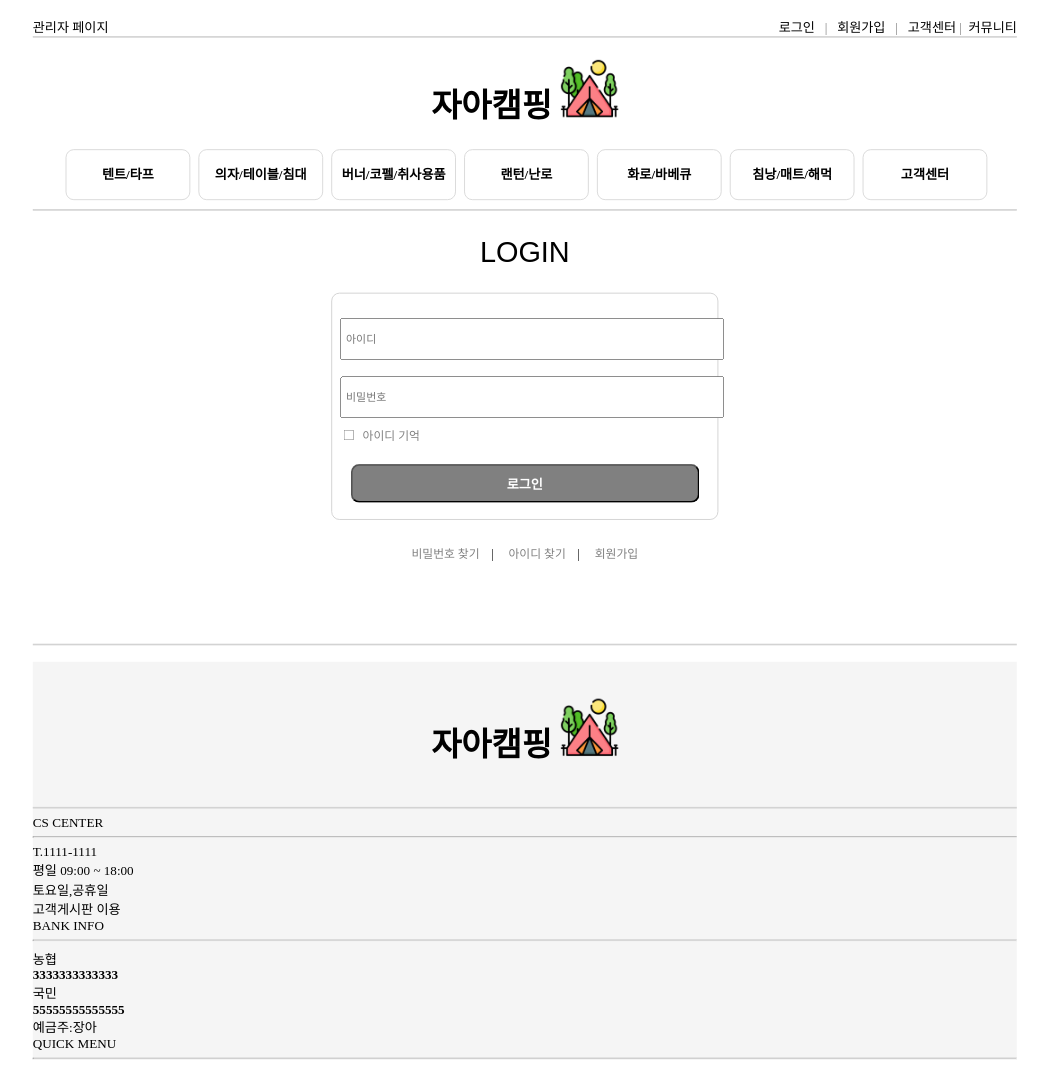
Repository: JJang-Ah/JSP-shoping-mall-project
Page: http://localhost/JaAhCamping/logon/memberLoginForm.jsp
An editor plug-in stored every save of this project. The page is shown before and after the next save, followed by the edit.
The browser window is 1280 px wide. The pictures show the whole page, at 82% of full size.
Some web fonts or font styles are not loaded; a fallback is used. The page is served by Tomcat 9. Other server files are loaded and not shown.

Above is the page before, as saved 2022-06-12 13:56:04.

### JaAhCamping/WebContent/logon/memberLoginForm.jsp
<%@ page language="java" contentType="text/html; charset=UTF-8"
    pageEncoding="UTF-8"%>
<!DOCTYPE html>
<html>
<head>
<meta charset="UTF-8">
<title>로그인 폼</title>
<style>
@import url('https://fonts.googleapis.com/css2?family=Hammersmith+One&family=Paytone+One&display=swap');
#container { width: 1200px; margin: 0 auto;}
/* 상단 - 메인, 서브 타이틀 */
.t_title { font-family: 'Hammersmith One', sans-serif; font-size: 2.2em; text-align: center; margin: 30px 0;}

/* 중단 - 입력창 */
.f_input { width: 450px; text-align: center; border: 1px solid #ccc; padding: 10px; margin: 30px auto; border-radius: 10px;}
.f_input .c_id, .f_input .c_pwd { height: 45px; margin-top: 20px; padding-left: 5px;}
.f_input .f_chk { text-align: left; margin-top: 10px; font-size: 0.9em; color: gray;}
.f_input #btn_Login { width: 425px; height: 47px; margin-top: 25px; background: gray; color: white;
 font-size: 16px; font-weight: bold; cursor: pointer; margin-top: 25px; margin-bottom: 10px; border-radius: 10px;}

 /* 하단 - 비밀번호 찾기, 아이디 찾기, 회원가입 */
 .f_a { text-align: center; margin-top: 30px; font-size: 0.9em;}
 .f_a a {color: gray;}
 .t_line { border: 1px solid #e9ecef; margin: 20px 0;}


</style>

<script>
	document.addEventListener("DOMContentLoaded", function() {
		let form = document.loginForm;
		// 로그인 버튼을 클릭했을 때 유효성 검사 (공백 유무)
		let btn_Login = document.getElementById("btn_Login");
		btn_Login.addEventListener("click", function() {
			if(!form.id.value) {
				alert('아이디를 입력하시오.!');
				form.id.focus();
				return;
			}

			if(!form.pwd.value) {
				alert('비밀번호를 입력하시오.!');
				form.pwd.focus();
				return;
			}

			// 아이디 기억하기
			let now = new Date(); // 오늘 날짜
			let name = "cookieId"; // 쿠키 이름
			let value = form.id.value; // 쿠키 값

			if(form.chk.checked == true) { // 체크박스를 체크했을 때 -> 쿠키 생성
				// 만료시간: 지금으로부터 7일 후로 설정, 만료시간으로 사용
				now.setDate(now.getDate() + 7);
			} else { // 체크박스를 해제했을 때 -> 쿠키 삭제
				// 만료시간: 지금 시간으로 설정
				now.setDate(now.getDate() + 0);
			}

			// 쿠키 생성시에 필요한 정보 - 쿠키의 이름과 값, 위치, 만료시간
			// ;path=/;expires= : 현재 페이지의 위치
			document.cookie = name + "=" + escape(value) + ";path=/;expires=" +now.toGMTString() + ";";

			form.submit();
		})


		// 쿠키가 생성되어 있을 때 쿠키에 저장된 값인 아이디를 아이디 입력상자에 놓도록 하는 작업
		// 쿠키 확인 - 쿠키가 존재한다면
		if(document.cookie.length > 0) {
			var search = "cookieId=";
			var idx = document.cookie.indexOf(search); // 쿠키 중에서 cookieId=이 나오는 위치
			if(idx != -1) { // cookieId값이 존재한다면
				idx += search.length;
				var end = document.cookie.indexOf(';', idx);

				if(end == -1) {
					end = document.cookie.length;
				}

				form.id.value = document.cookie.substring(idx, end);
				form.chk.checked = true;
			}
		}
	})
</script>
</head>
<body>

<div id="container">
	<jsp:include page="../mall/shopTop.jsp"></jsp:include>
	<div class="t_title">LOGIN</div>

	<form action="memberLoginPro.jsp" method="post" name="loginForm">
		<div class="f_input">
			<div class="f_id"><input type="text" id="id" name="id" class="c_id" placeholder="아이디" size="55"></div>
			<div class="f_pwd"><input type="password" id="pwd" name="pwd" class="c_pwd" placeholder="비밀번호" size="55"></div>
			<div class="f_chk">
				<input type="checkbox" id="chk" class="c_chk" size="55" name="chk">&nbsp;
				<label for="chk">아이디 기억</label>
			</div>
			<div class="f_submit"><input type="button" value="로그인" id="btn_Login"></div>
		</div>
		<div class="f_a">
			<a href="#">비밀번호 찾기</a>&emsp;|&emsp;
			<a href="#">아이디 찾기</a>&emsp;|&emsp;
			<a href="../member/memberJoinForm.jsp">회원가입</a>
		</div>
	</form>
	<hr class="t_line">
	<jsp:include page="../mall/shopBottom.jsp"></jsp:include>
</div>

</body>
</html>

### JaAhCamping/WebContent/mall/shopTop.jsp
<%@ page language="java" contentType="text/html; charset=UTF-8"
    pageEncoding="UTF-8"%>
<!DOCTYPE html>
<html>
<head>
<meta charset="UTF-8">
<title>Insert title here</title>
<link href="https://fonts.googleapis.com/css2?family=Do+Hyeon&display=swap" rel="stylesheet">

<style>
#container { width: 1200px; margin: 20px auto;}
/* 상단 */
a { text-decoration: none; color: black;}
.t_box1 { text-align: right;}
.t_box1 #admin_page { display: inline-block; float: left;}
.t_box1 .user_menu { display: inline-block; float: right; color: gray;}
.h_line { clear: both; border: 1px solid lightgray; margin-top: 20px;}
.title { text-align: center; font-family: 'Do Hyeon', sans-serif; font-size: 40px;}
#camping { width: 70px; height: 70px;}
#title_sub_go { font-size: 0.8em;}

/* 메뉴 */
.m_menu { list-style: none; font-weight: bold;}
.m_menu .m_m_list { display: inline-block; float: left; width: 150px; height: 60px;
margin-right: 10px; border: 1px solid lightgray; text-align: center; line-height: 60px; border-radius: 10px;}
.m_menu > .m_m_list { position: relative;}
.m_menu { color: black;}
.m_menu > .m_m_list:hover >.s_menu { display: block;}
.m_m_list > .s_menu { display: none; position: absolute; top: 61px; border: 1px solid lightgray; background: white; border-radius: 10px;}
.s_menu .s_m_list { text-align: left; width: 200px;}

.t_line { clear: both; border: 1px solid lightgray; margin-top: 100px;}
</style>
</head>
<body>
<%
request.setCharacterEncoding("utf-8");

String memberId = (String)session.getAttribute("memberId");

if(memberId == null) {

}

%>
<div id="container">

	<div class="t_box1"> <%--  --%>
		<div id="admin_page"><a href="http://localhost:8088/JaAhCamping/manager/managerMain.jsp">관리자 페이지</a></div>
		<div class="user_menu">
		<%if(memberId == null) {  %>
			<a href="http://localhost:8088/JaAhCamping/logon/memberLoginForm.jsp"><span>로그인</span></a>&ensp; |&ensp;
			<a href="http://localhost:8088/JaAhCamping/member/memberJoinForm.jsp"><span>회원가입</span></a>&ensp; |&ensp;
		<%} else { %>
			<a href="../member/memberInfoForm.jsp"><span><%=memberId %>님</span></a>&ensp; |&ensp;
			<a href="../logon/memberLogout.jsp"><span>로그아웃</span></a>&ensp; |&ensp;
			<a href="#"><span>장바구니</span></a>&ensp; |&ensp;
		<%} %>
		<a href="#">고객센터</a>&nbsp;|&nbsp;
		<a href="#">커뮤니티</a>
		</div>
	</div>
	<hr class="h_line">

	<%-- 상단 제목 --%>
	<h1 class="title"><a href="http://localhost:8088/JaAhCamping/mall/shopAll.jsp">자아캠핑&nbsp;<img alt="camping" src="/JaAhCamping/icons/camping.png" id="camping"></a></h1>



	<nav class="menu">
		<ul class="m_menu">
			<li class="m_m_list"><a href="#">텐트/타프</a>
				<div class="s_menu">
					<ul>
						<li class="s_m_list"><a href="#">텐트</a></li>
						<li class="s_m_list"><a href="#">텐트관련품</a></li>
						<li class="s_m_list"><a href="#">타프</a></li>
						<li class="s_m_list"><a href="#">폴대/펙/스트링/스토퍼</a></li>
						<li class="s_m_list"><a href="#">공구</a></li>
						<li class="s_m_list"><a href="#">기타(텐트/타프)</a></li>
					</ul>
				</div>
			</li>
			<li class="m_m_list"><a href="#">의자/테이블/침대</a>
				<div class="s_menu">
					<ul>
						<li class="s_m_list"><a href="#">의자</a></li>
						<li class="s_m_list"><a href="#">테이블</a></li>
						<li class="s_m_list"><a href="#">선반/수납가구</a></li>
						<li class="s_m_list"><a href="#">야전침대</a></li>
						<li class="s_m_list"><a href="#">퍼니쳐</a></li>
						<li class="s_m_list"><a href="#">기타(의자/테이블/침대)</a></li>
					</ul>
				</div>
			</li>
			<li class="m_m_list"><a href="#">버너/코펠/취사용품</a>
				<div class="s_menu">
					<ul>
						<li class="s_m_list"><a href="#">버너</a></li>
						<li class="s_m_list"><a href="#">코펠</a></li>
						<li class="s_m_list"><a href="#">취사용품</a></li>
						<li class="s_m_list"><a href="#">식기류</a></li>
						<li class="s_m_list"><a href="#">기타(버터/코펠/취사용품)</a></li>
					</ul>
				</div>
			</li>
			<li class="m_m_list"><a href="#">랜턴/난로</a>
				<div class="s_menu">
					<ul>
						<li class="s_m_list"><a href="#">랜턴</a></li>
						<li class="s_m_list"><a href="#">후레쉬</a></li>
						<li class="s_m_list"><a href="#">난로</a></li>
						<li class="s_m_list"><a href="#">액세서리</a></li>
						<li class="s_m_list"><a href="#">기타(랜턴/난로)</a></li>
					</ul>
				</div>
			</li>
			<li class="m_m_list"><a href="#">화로/바베큐</a>
				<div class="s_menu">
					<ul>
						<li class="s_m_list"><a href="#">화로대</a></li>
						<li class="s_m_list"><a href="#">바베큐 그릴</a></li>
						<li class="s_m_list"><a href="#">토치</a></li>
						<li class="s_m_list"><a href="#">바베큐 소품</a></li>
						<li class="s_m_list"><a href="#">기타(화로/바베큐)</a></li>
					</ul>
				</div>
			</li>
			<li class="m_m_list"><a href="#">침낭/매트/해먹</a>
				<div class="s_menu">
					<ul>
						<li class="s_m_list"><a href="#">침낭</a></li>
						<li class="s_m_list"><a href="#">베개/쿠션/방석</a></li>
						<li class="s_m_list"><a href="#">매트</a></li>
						<li class="s_m_list"><a href="#">해먹</a></li>
						<li class="s_m_list"><a href="#">기타(침낭/매트/해먹)</a></li>
					</ul>
				</div>
			</li>
			<li class="m_m_list"><a href="#">고객센터</a>
			</li>
		</ul>
	</nav>
	<hr class="t_line">
</div>

</body>
</html>

### JaAhCamping/WebContent/mall/shopBottom.jsp
<%@ page language="java" contentType="text/html; charset=UTF-8"
    pageEncoding="UTF-8"%>
<!DOCTYPE html>
<html>
<head>
<meta charset="UTF-8">
<title>Insert title here</title>
<style>
#container_bottom {  width: 100%; background: #f5f5f5;}

.b_line { border: 1px solid lightgray; margin-top: 50px;}
</style>
</head>
<body>
<div id="container_bottom">
	<br>
	<h1 class="title"><a href="http://localhost:8088/JaAhCamping/mall/shopAll.jsp">자아캠핑&nbsp;<img alt="camping" src="/JaAhCamping/icons/camping.png" id="camping"></a></h1>
	<hr class="b_line">

	<div class="b_box1">
		<span>CS CENTER</span>
		<hr>
		<span>T.1111-1111</span><br>
		<span>평일 09:00 ~ 18:00<br>
		토요일,공휴일<br>
		고객게시판 이용</span>
	</div>
	<div class="b_box2">
		<span>BANK INFO</span>
		<hr>
		<span>
		농협 <br>
		<b>3333333333333</b><br>
		국민<br>
		<b>55555555555555</b><br>
		예금주:장아
		</span>
	</div>
	<div>
		<span>QUICK MENU</span>
		<hr>
		<div>

		</div>
	</div>



</div>
</body>
</html>

After the next save:
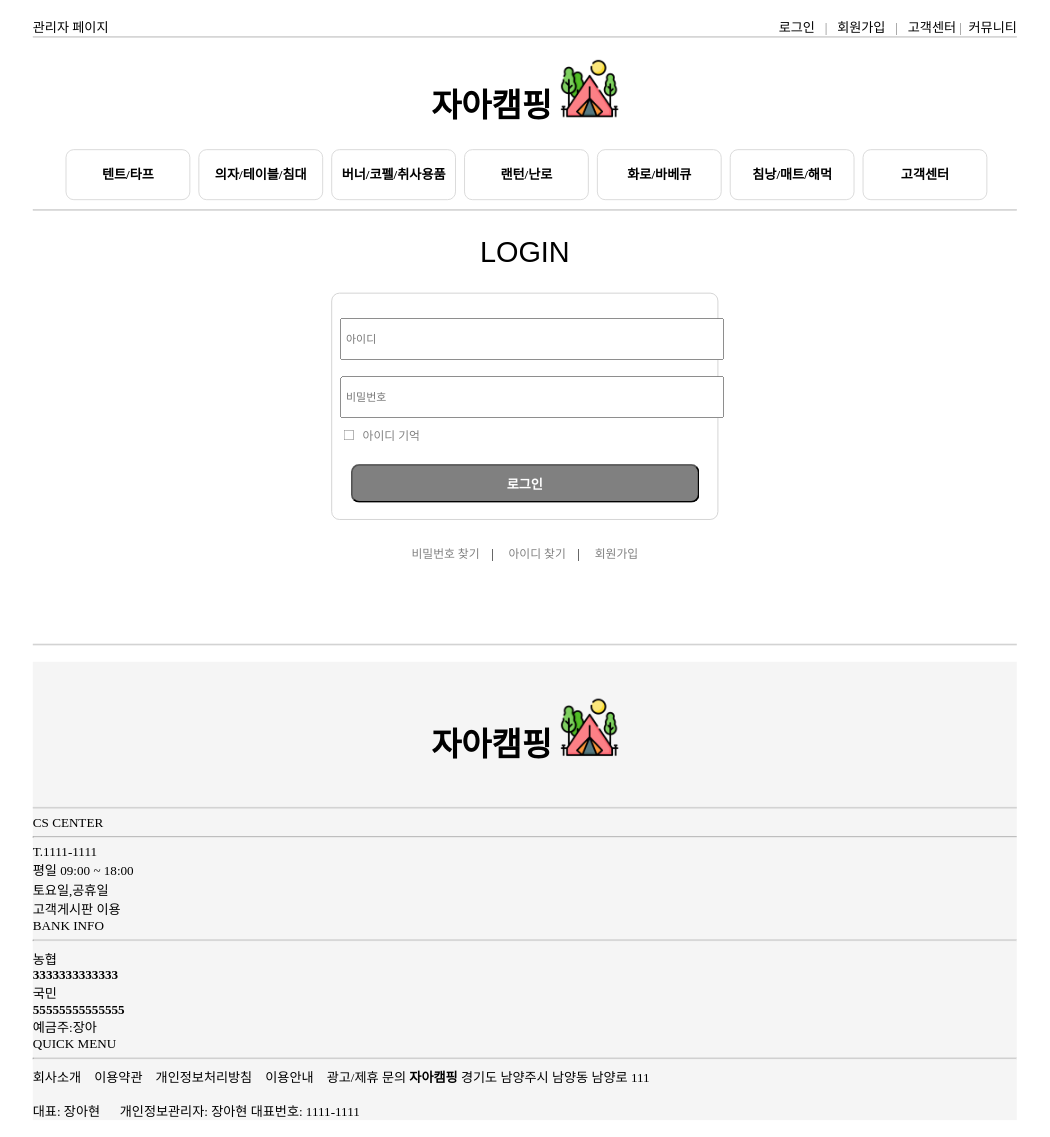
Saved 2 min 33 s later.
--- a/JaAhCamping/WebContent/mall/shopBottom.jsp
+++ b/JaAhCamping/WebContent/mall/shopBottom.jsp
@@ -36,12 +36,23 @@
 		예금주:장아
 		</span>
 	</div>
-	<div>
+	<div class="b_box3">
 		<span>QUICK MENU</span>
 		<hr>
 		<div>
 
 		</div>
+	</div>
+	<div class="b_box4">
+	회사소개 &ensp; 이용약관 &ensp; 개인정보처리방침 &ensp; 이용안내 &ensp; 광고/제휴 문의
+	<b>자아캠핑</b>
+	<span>
+	경기도 남양주시 남양동 남양로 111 <br><br>
+	대표: 장아현 &ensp;&ensp; 개인정보관리자: 장아현
+	대표번호: 1111-1111&ensp;&ensp;
+
+	</span>
+
 	</div>
 
 
